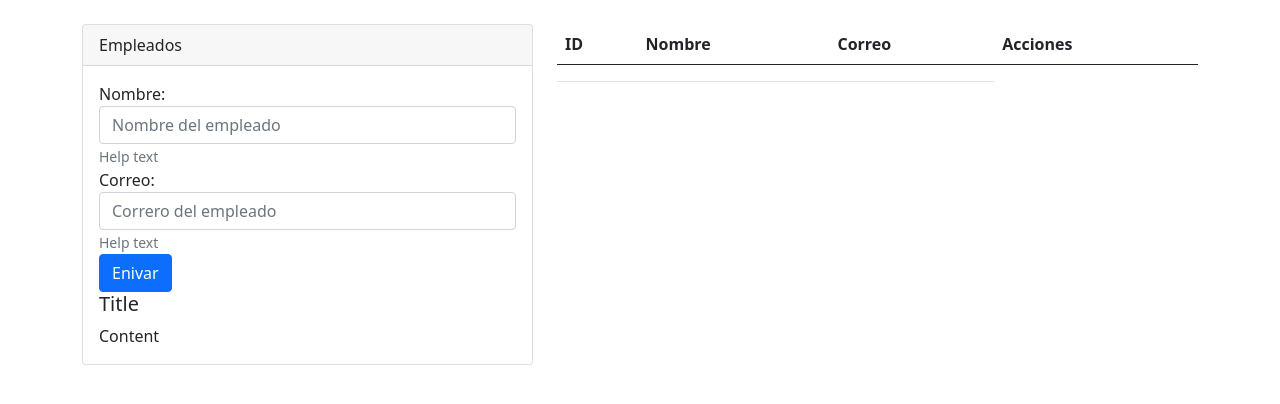
Repository: LionardoGomiz/CRUD-JS-VAINILLA
Page: index.html
These files come from the project's save history. The page is drawn as it stood at one moment and after the next save; the edit follows.
The browser window is 1280 px wide. The pictures show the whole page.
The page's requests for data from a server got no answer.

Above is the page before, as saved 2021-08-12 15:40:27.

After the next save:
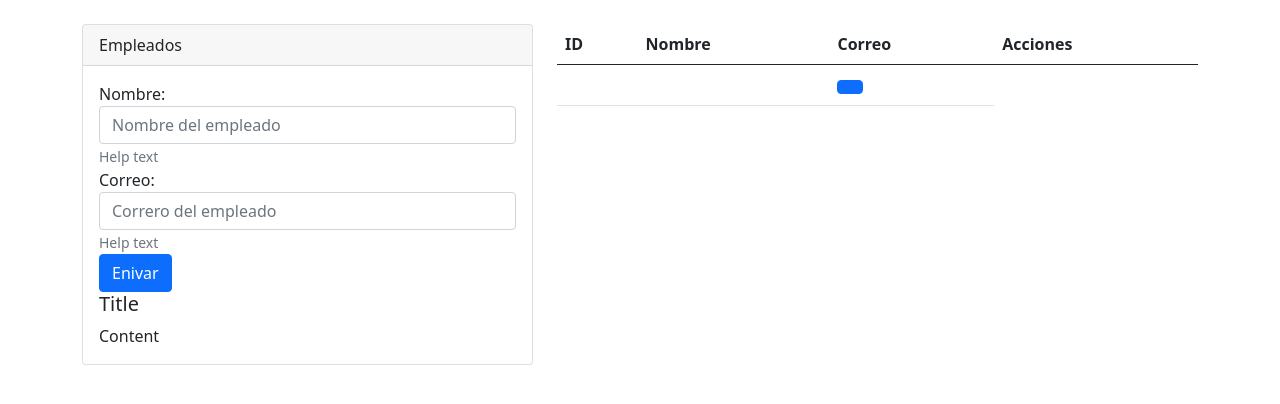
Saved 15 s later.
--- a/index.html
+++ b/index.html
@@ -57,7 +57,7 @@
                         <tr>
                             <td scope="row"></td>
                             <td></td>
-                            <td></td>
+                            <td><a name="" id="" class="btn btn-primary" href="#" role="button"></a></td>
                         </tr>
                     </tbody>
                 </table>
